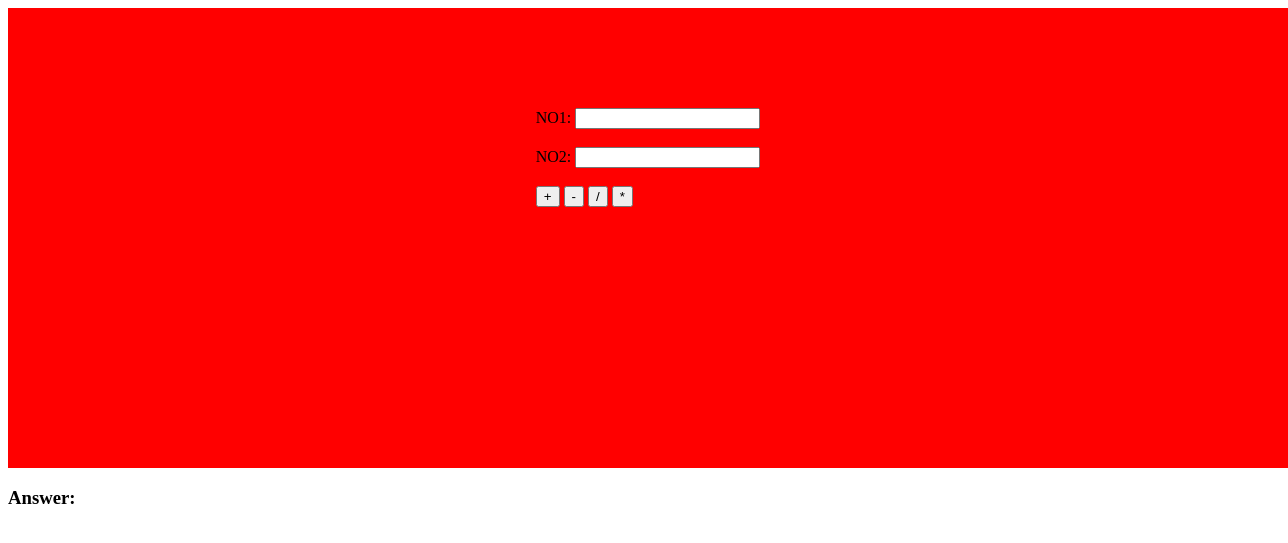
Repository: sajithmadushanka/simple-calculator-using-jsp
Page: http://localhost/simple_calculator/
The author's editor kept a copy of each file at every save. The page is drawn from the files as they stood at one save, then again after the next save.
The browser window is 1280 px wide. The page is 1288 px wide, so the pictures cover 1288 px, including what lies to the right of the window. The pictures show the whole page.
The page is served by Tomcat 9. Other server files are loaded and not shown.

Above is the page before, as saved 2023-09-19 09:15:22.

### simple_calculator/WebContent/index.jsp
<%@ page language="java" contentType="text/html; charset=ISO-8859-1"
    pageEncoding="ISO-8859-1"%>
<!DOCTYPE html>
<html>
<head>
<meta charset="ISO-8859-1">
<title>simple calculator</title>
<style>
	.main{
			background-color : red;
			width :100vw;
			height : 50vh;
			display: flex;
		    justify-content: center;
		   	padding-top:100px;
		}
</style>
</head>
<body>
	<div class ="main">
		<form>
			NO1: <input type="number" name = "no1"> <br> <br>
			NO2: <input type="number" name = "no2"> <br> <br>
			<input type = "button" name = "+" value= "+">
			<input type = "button" name = "-" value= "-">
			<input type = "button" name = "/" value= "/">
			<input type = "button" name = "*" value= "*">
		</form>

	</div>
		<h3> Answer: </h3>
</body>
</html>

After the next save:
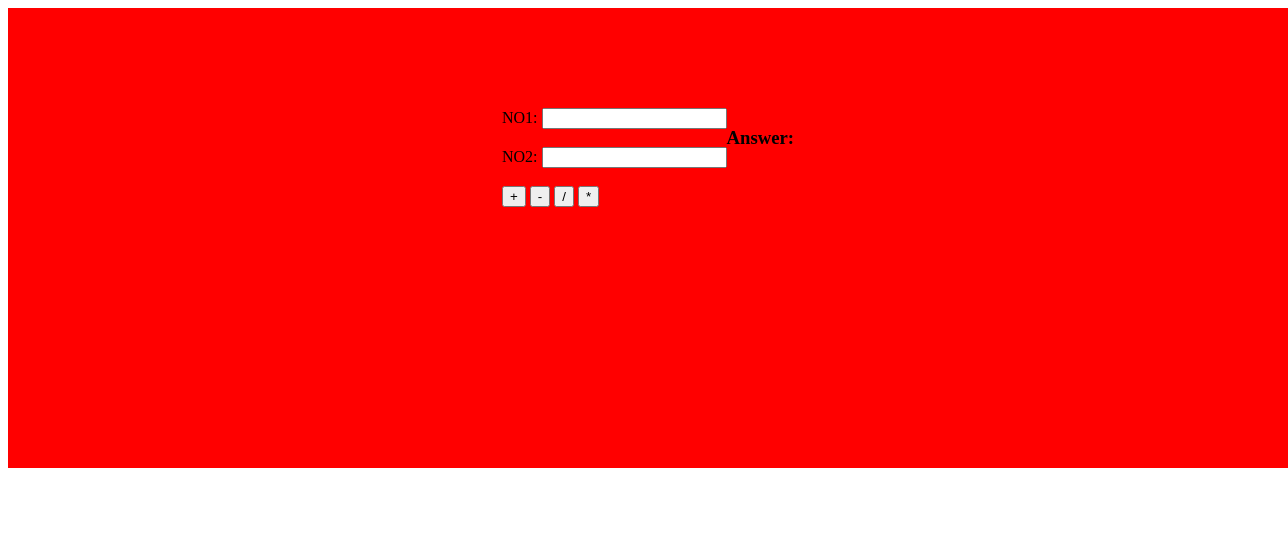
Saved 27 s later.
--- a/simple_calculator/WebContent/index.jsp
+++ b/simple_calculator/WebContent/index.jsp
@@ -26,8 +26,8 @@
 			<input type = "button" name = "/" value= "/">
 			<input type = "button" name = "*" value= "*">
 		</form>
+		<h3> Answer: </h3>
+	</div>
 
-	</div>
-		<h3> Answer: </h3>
 </body>
 </html>

After the 3 saves that followed:
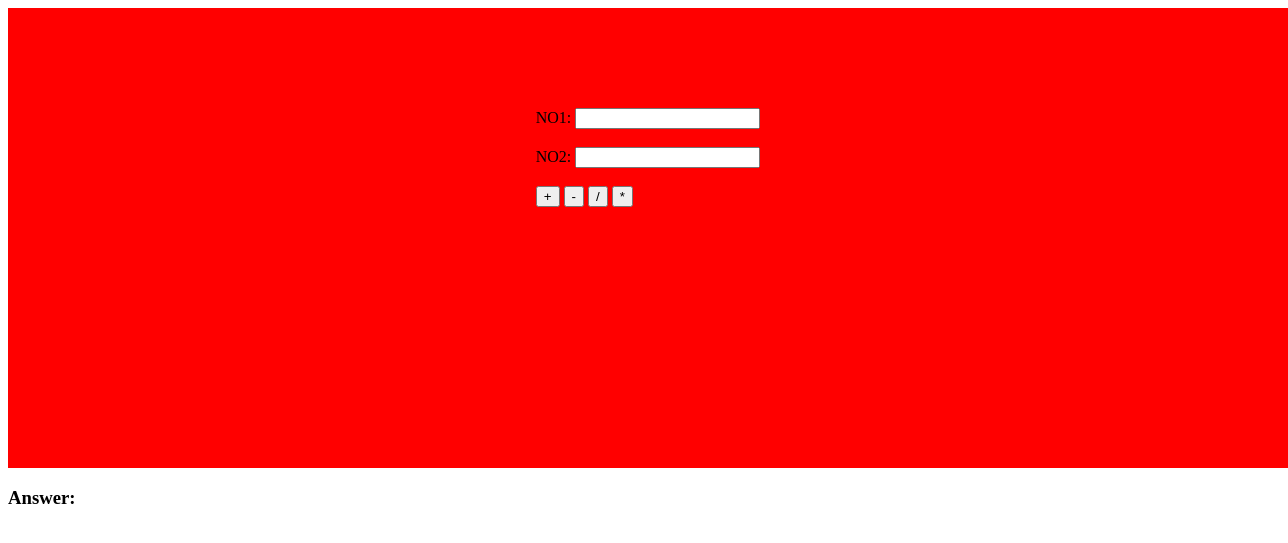
The 3 saves are shown as one change because 2 left the picture as it was.
The last was saved 62 s later.
--- a/simple_calculator/WebContent/index.jsp
+++ b/simple_calculator/WebContent/index.jsp
@@ -24,10 +24,10 @@
 			<input type = "button" name = "+" value= "+">
 			<input type = "button" name = "-" value= "-">
 			<input type = "button" name = "/" value= "/">
-			<input type = "button" name = "*" value= "*">
+			<input type = "button" name = "*" value= "*"><br>
 		</form>
+
+	</div>
 		<h3> Answer: </h3>
-	</div>
-
 </body>
 </html>
